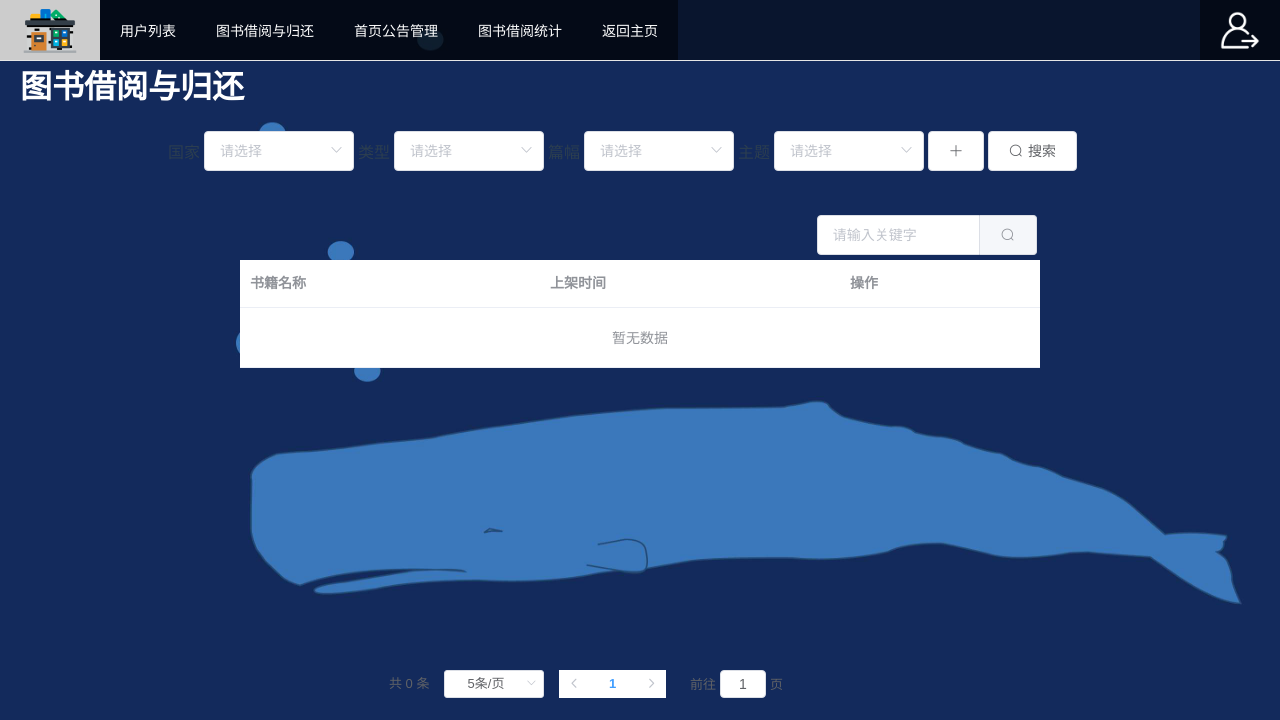
Repository: Akron-xz/helloVue
Page: /#/booksearch (app in vue-library/)
The author's editor kept a copy of each file at every save. The page is drawn from the files as they stood at one save, then again after the next save.
The browser window is 1280 px wide. The pictures show the whole page.
The page's requests for data from a server got no answer. The project was rebuilt for these pictures with package versions that can differ from the ones it lists, and the page was loaded fresh each time. No one was signed in, and anything a server would have sent is missing. Also part of the build but not shown: vue-library/src/components/homeNav.vue, vue-library/src/views/Home.vue.

Above is the page before, as saved 2020-11-25 16:55:54.

After the next save:
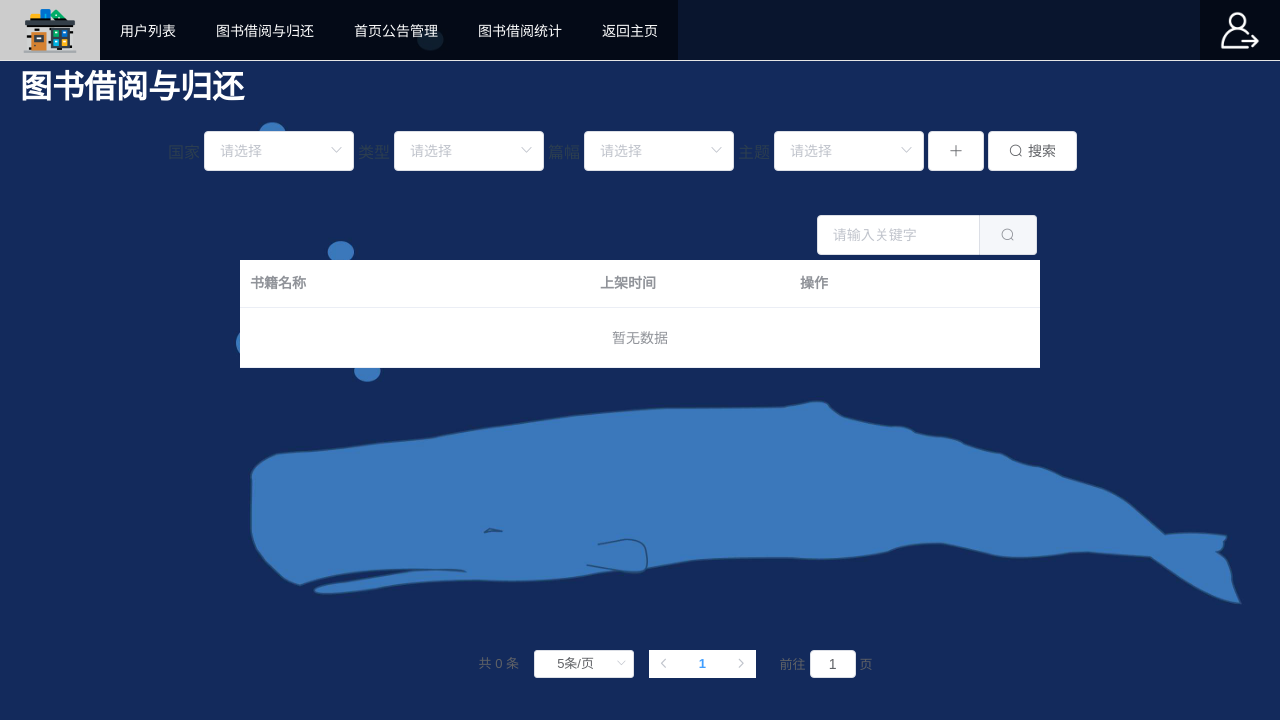
Saved 13 min 54 s later.
--- a/vue-library/src/views/BookSearch.vue
+++ b/vue-library/src/views/BookSearch.vue
@@ -67,9 +67,9 @@
                 page.currentPage * page.pageSize)" max-height="240"
             style="width: 100%">
 
-            <el-table-column prop="bookName" label="书籍名称" width="300">
+            <el-table-column prop="bookName" label="书籍名称" width="350">
             </el-table-column>
-            <el-table-column prop="onTimeStr" label="上架时间" width="300">
+            <el-table-column prop="onTimeStr" label="上架时间" width="200">
             </el-table-column>
             <el-table-column label="操作">
               <template slot-scope="scope">
@@ -614,8 +614,8 @@ export default {
 .block {
   position: fixed;
   width: 150px;
-  bottom: 20px;
-  left: 30%;
+  bottom: 40px;
+  left: 37%;
 }
 .search-title {
   margin-top: 0px;
